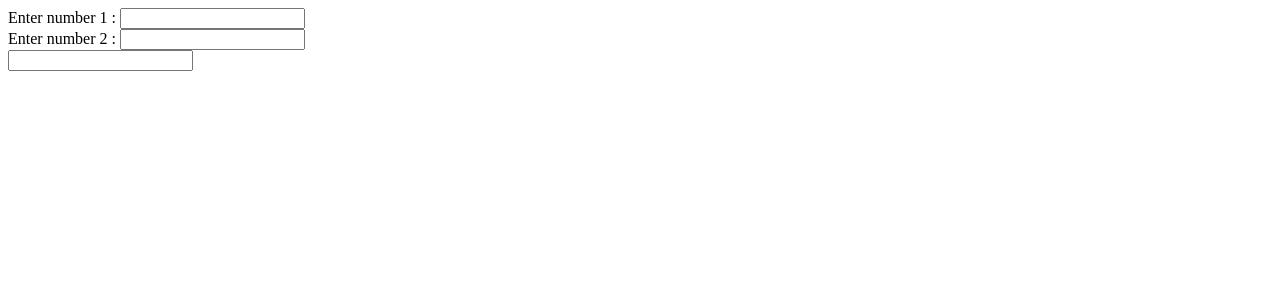
Repository: md-aman-git/Java-Repo-Epam
Page: JspServlet/DemoAppJSP/src/main/webapp/index.html
An editor plug-in stored every save of this project. The page is shown before and after the next save, followed by the edit.
The browser window is 1280 px wide. The pictures show the whole page.

Above is the page before, as saved 2022-03-06 16:18:33.

After the next save:
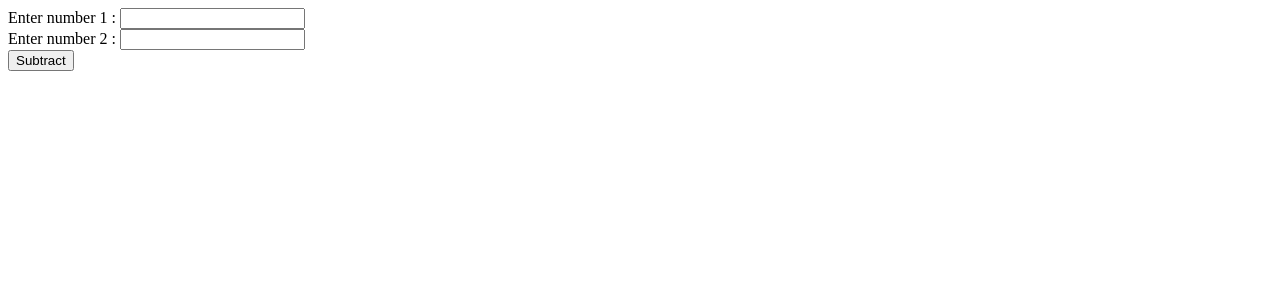
Saved 41 s later.
--- a/JspServlet/DemoAppJSP/src/main/webapp/index.html
+++ b/JspServlet/DemoAppJSP/src/main/webapp/index.html
@@ -8,7 +8,7 @@
 	<form action="subtract.jsp" method="get">
 	Enter number 1 : <input type="number" name="num1"><br>
 	Enter number 2 : <input type="number" name="num2"><br>
-	<input type="Subtract">
+	<input type="submit" value = "Subtract">
 	</form>
 </body>
 </html>
